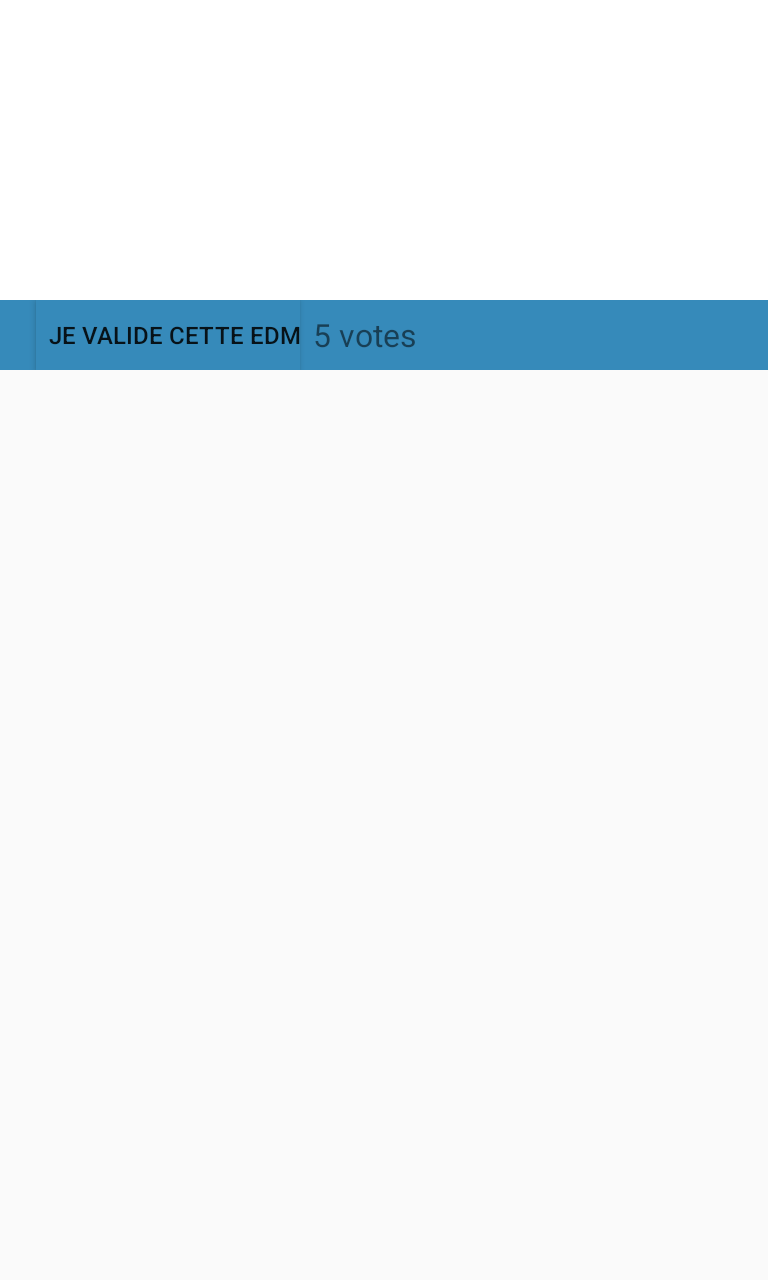
Repository: pierrealexvezinet/excusedemerde
Layout: edm/res/layout/edm_textview_layout.xml
An editor plug-in stored every save of this project. The layout is shown before and after a run of saves, followed by the edit.
It is drawn on a 768 x 1280 px phone screen (xhdpi) without system bars, with theme Theme.AppCompat.Light; the app's code is not run.

Above is the layout before, as saved 2014-02-23 02:43:16.

After the next 2 saves:
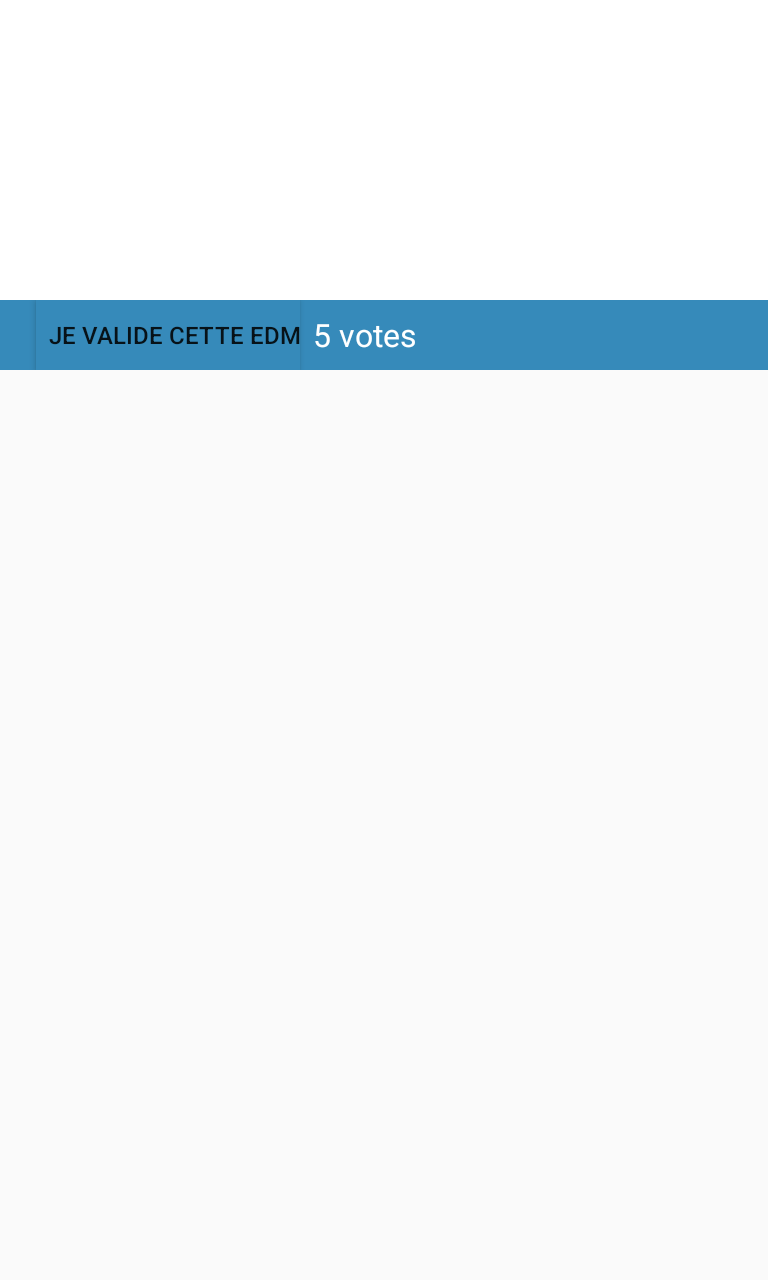
The 2 saves are shown as one change because they came seconds apart.
The last was saved 32 s later.
--- a/edm/res/layout/edm_textview_layout.xml
+++ b/edm/res/layout/edm_textview_layout.xml
@@ -76,21 +76,22 @@
                 android:layout_width="wrap_content"
                 android:layout_height="wrap_content"
                 android:layout_alignParentTop="true"
-                 android:paddingLeft="6dip"
                 android:layout_toRightOf="@+id/tv_edm_post_auteur"
                 android:background="@color/edm_blue_dark_background"
+                android:paddingLeft="6dip"
                 android:text="@string/text_btn_valider_edm"
                 android:textSize="12sp" />
 
             <TextView
                 android:id="@+id/tv_edm_nb_like"
                 android:layout_width="wrap_content"
-                 android:layout_height="fill_parent"
-                android:gravity="center"
-               android:paddingLeft="6dip"
+                android:layout_height="fill_parent"
                 android:layout_toRightOf="@+id/bt_valider_edm"
                 android:background="@color/edm_blue_dark_background"
+                android:gravity="center"
+                android:paddingLeft="6dip"
                 android:text="5 votes"
+                android:textColor="@color/white"
                 android:textSize="16sp" />
         </RelativeLayout>
     </RelativeLayout>
